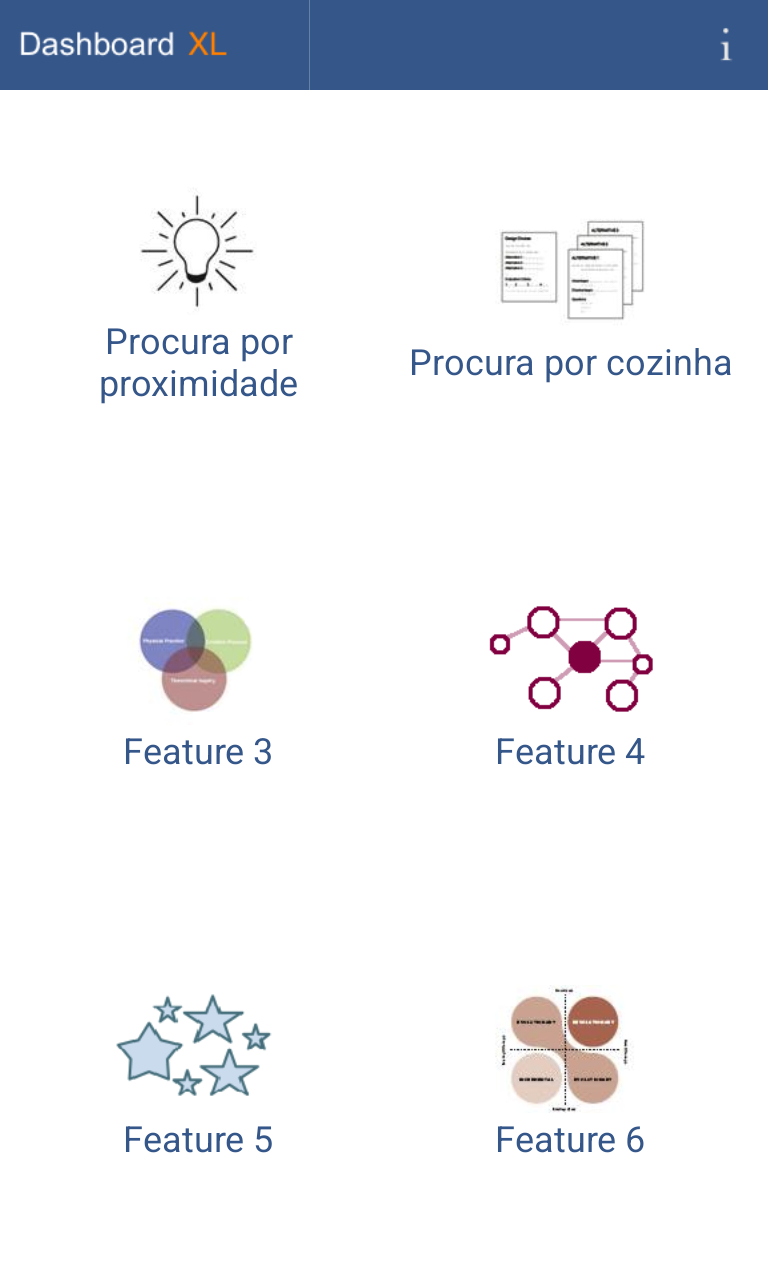
Repository: joaoA/ihc
Layout: spotilicious/res/layout/activity_home.xml
These files come from the project's save history. The layout is drawn as it stood at one moment and after the next save; the edit follows.
It is drawn on a 768 x 1280 px phone screen (xhdpi) without system bars, with theme Theme.D1; the app's code is not run.

Above is the layout before, as saved 2012-05-15 23:36:24.

After the next save:
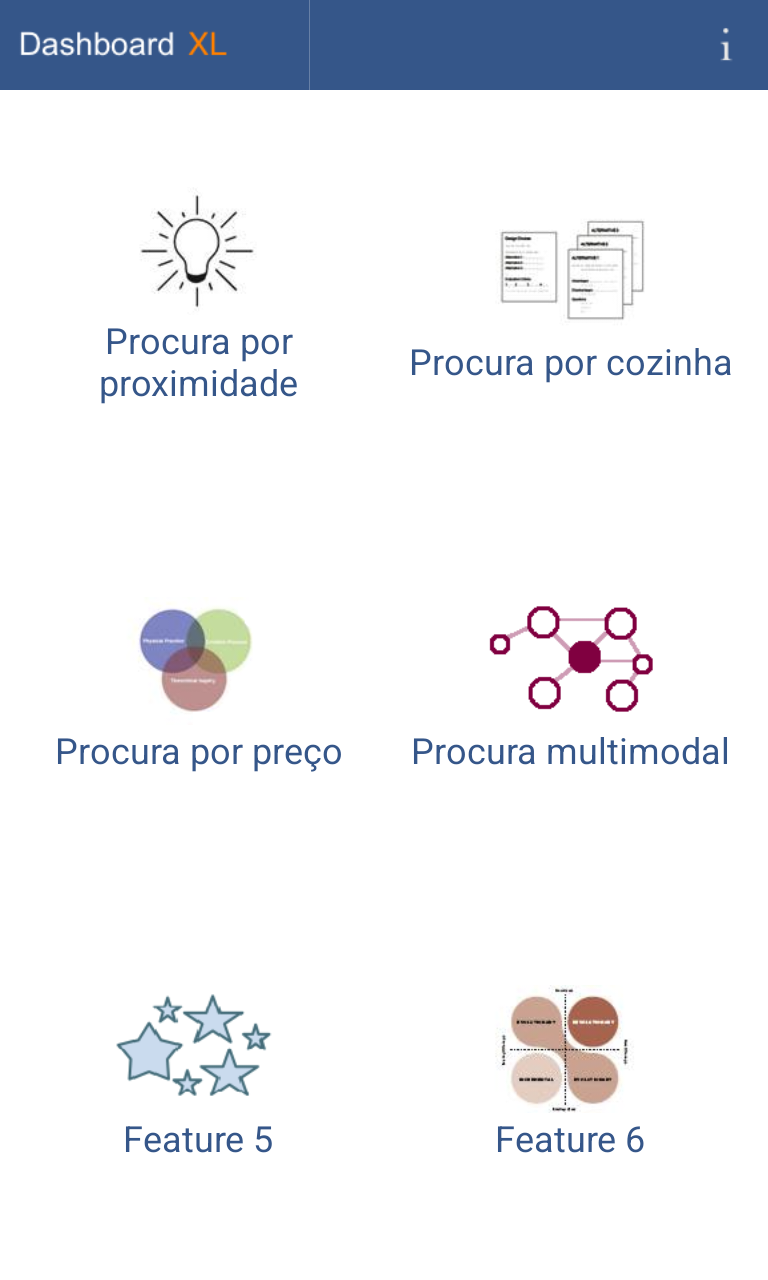
Saved 59 s later.
--- a/spotilicious/res/values/strings.xml
+++ b/spotilicious/res/values/strings.xml
@@ -35,8 +35,8 @@
     <string name="title_search">Search</string>
     <string name="title_feature1">Procura por proximidade</string>
     <string name="title_feature2">Procura por cozinha</string>
-    <string name="title_feature3">Feature 3</string>
-    <string name="title_feature4">Feature 4</string>
+    <string name="title_feature3">Procura por preço</string>
+    <string name="title_feature4">Procura multimodal</string>
     <string name="title_feature5">Feature 5</string>
     <string name="title_feature6">Feature 6</string>
 
